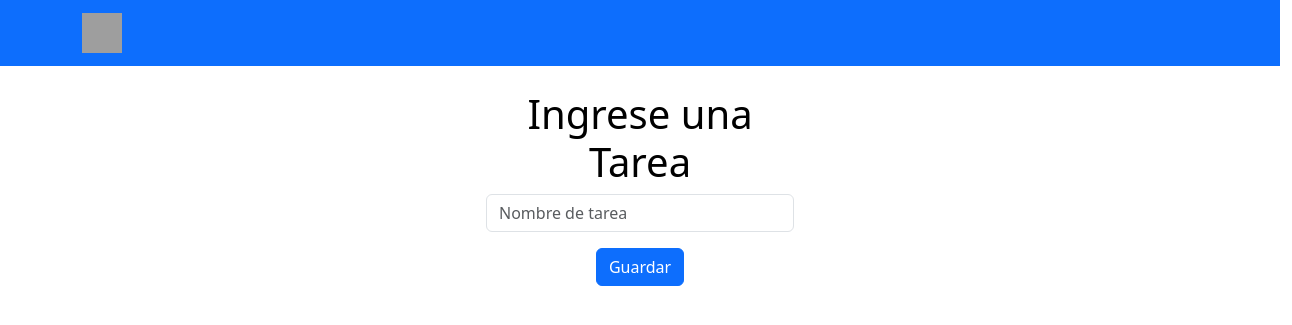
Repository: mgarrido0gb/registroTareas
Page: http://localhost/Tareas/Home
An editor plug-in stored every save of this project. The page is shown before and after the next save, followed by the edit.
The browser window is 1280 px wide. The page is 1292 px wide, so the pictures cover 1292 px, including what lies to the right of the window. The pictures show the whole page.
Pictures or frames that could not be fetched are drawn as grey boxes. The page is served by Tomcat 10. Queries for data that is not in the repository find no rows.

Above is the page before, as saved 2024-05-21 17:07:13.

After the next save:
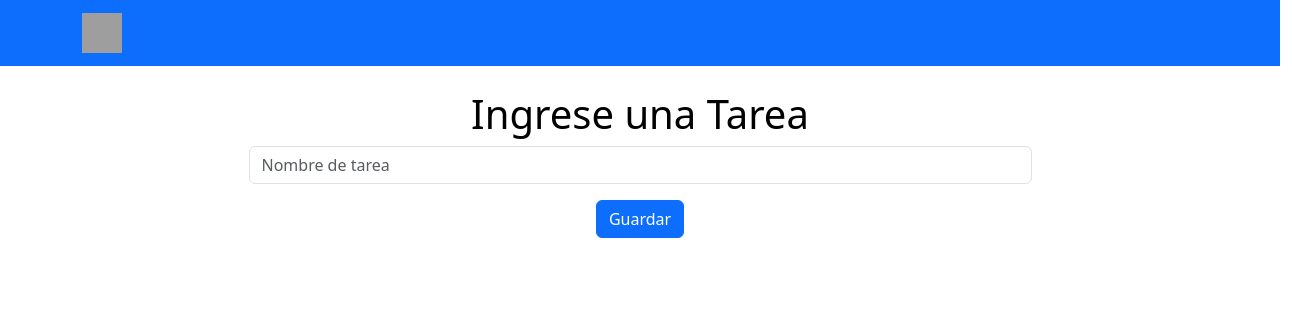
Saved 12 s later.
--- a/Tareas/src/main/webapp/WEB-INF/home.jsp
+++ b/Tareas/src/main/webapp/WEB-INF/home.jsp
@@ -43,7 +43,7 @@
 
     <div class="container">
     	<div class="row justify-content-center">
-        	<div class="col-12 col-md-9 col-lg-4">
+        	<div class="col-12 col-md-9 col-lg-9">
             	<form action="/Tareas/Home" method="post">
                 	<div class="p-4">
                     	<h1 class="text-center">Ingrese una Tarea</h1>
